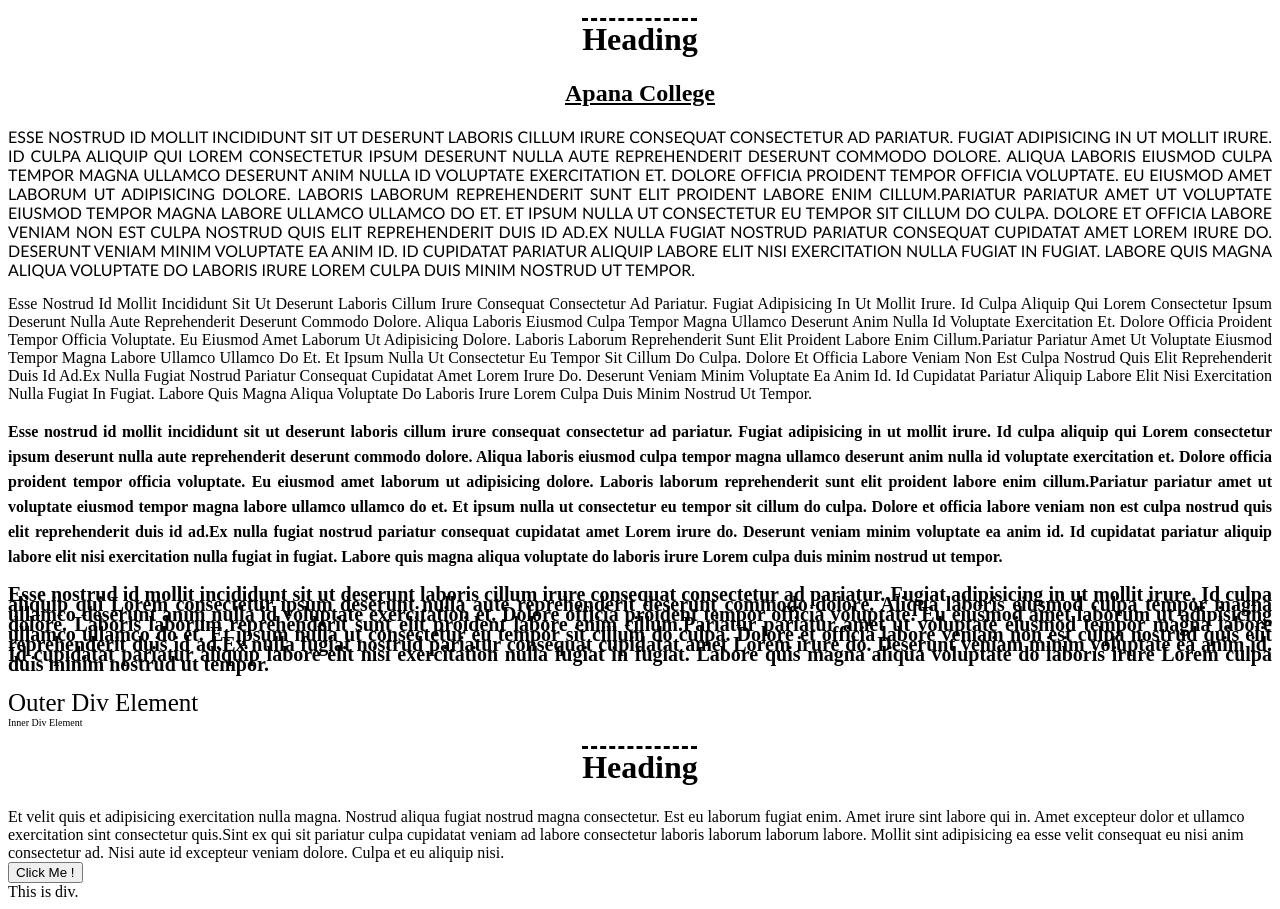
Repository: rakeshkolpepatil/CSS_Apana_College
Page: index.html
The author's editor kept a copy of each file at every save. The page is drawn from the files as they stood at one save, then again after the next save.
The browser window is 1280 px wide. The pictures show the whole page.

Above is the page before, as saved 2023-06-22 15:44:54.

After the next save:
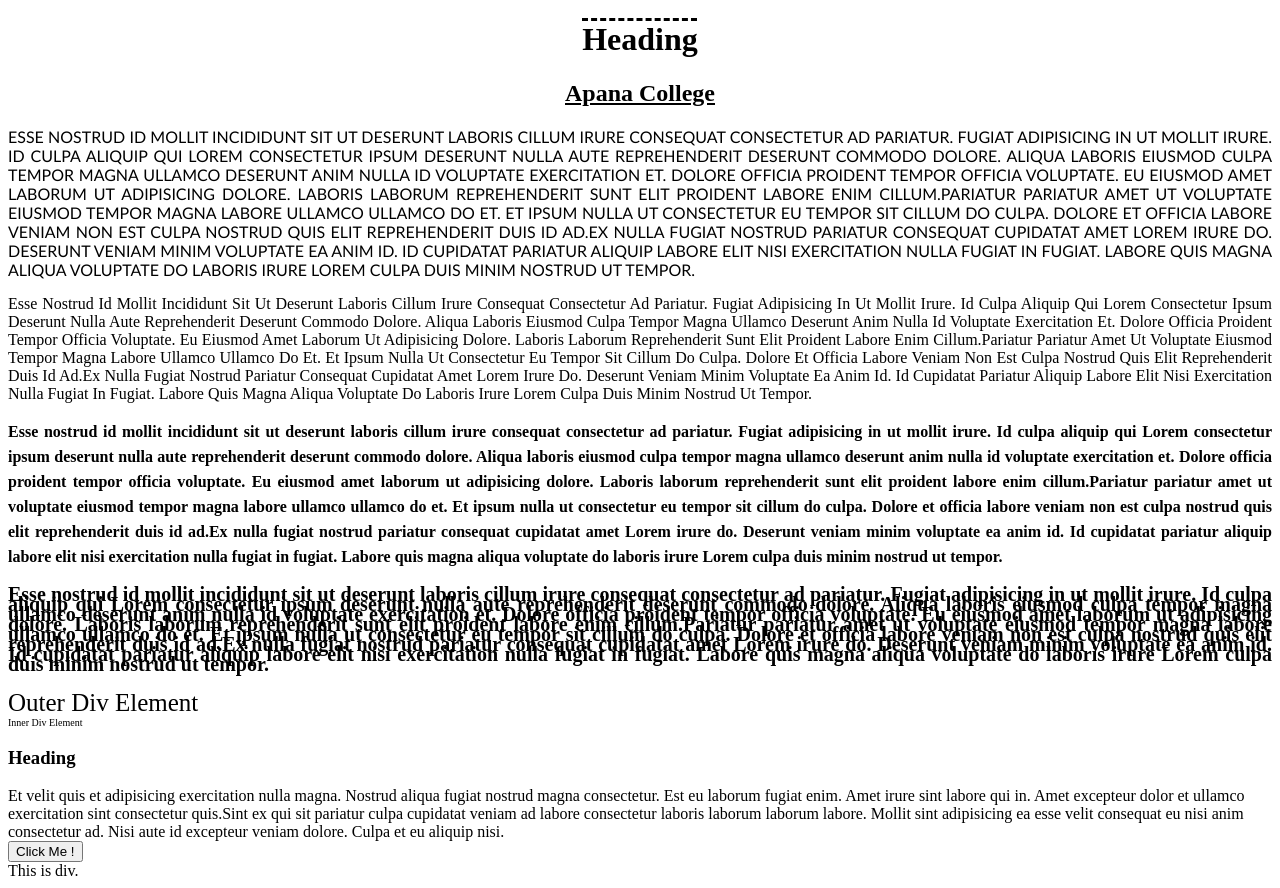
Saved 40 s later.
--- a/index.html
+++ b/index.html
@@ -25,7 +25,7 @@
     </div>
   </div>
 
-  <h1> Heading </h1>
+  <h3> Heading </h3>
   <div>
     Et velit quis et adipisicing exercitation nulla magna. Nostrud aliqua fugiat nostrud magna consectetur. Est eu laborum fugiat enim. Amet irure sint labore qui in. Amet excepteur dolor et ullamco exercitation sint consectetur quis.Sint ex qui sit pariatur culpa cupidatat veniam ad labore consectetur laboris laborum laborum labore. Mollit sint adipisicing ea esse velit consequat eu nisi anim consectetur ad. Nisi aute id excepteur veniam dolore. Culpa et eu aliquip nisi.
   </div>
